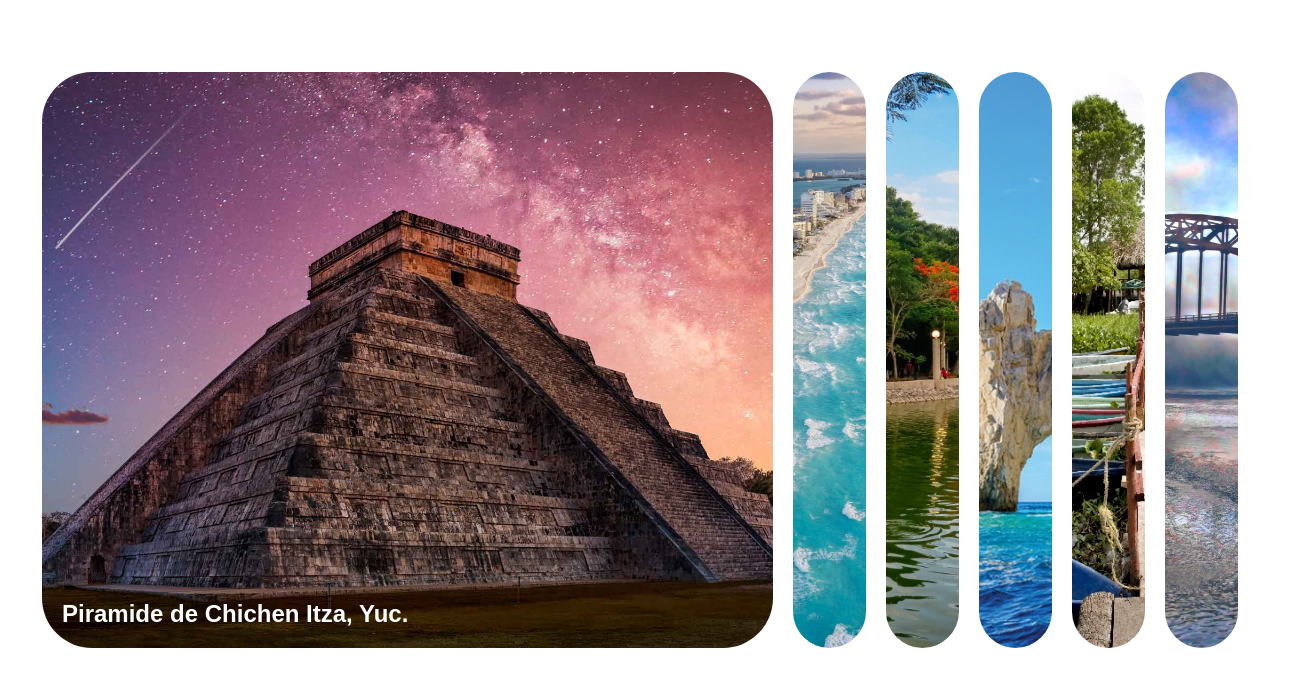
Repository: ElideZavala/Tarjetas-de-Imagenes
Page: index.html
An editor plug-in stored every save of this project. The page is shown before and after the next save, followed by the edit.
The browser window is 1280 px wide. The page is 1310 px wide, then 1280 px, then 1310 px, so the pictures cover 1310 px, including what lies to the right of the window. The pictures show the whole page.
Some web fonts or font styles are not loaded; a fallback is used.

Above is the page before, as saved 2021-05-27 10:53:59.

After the next save:
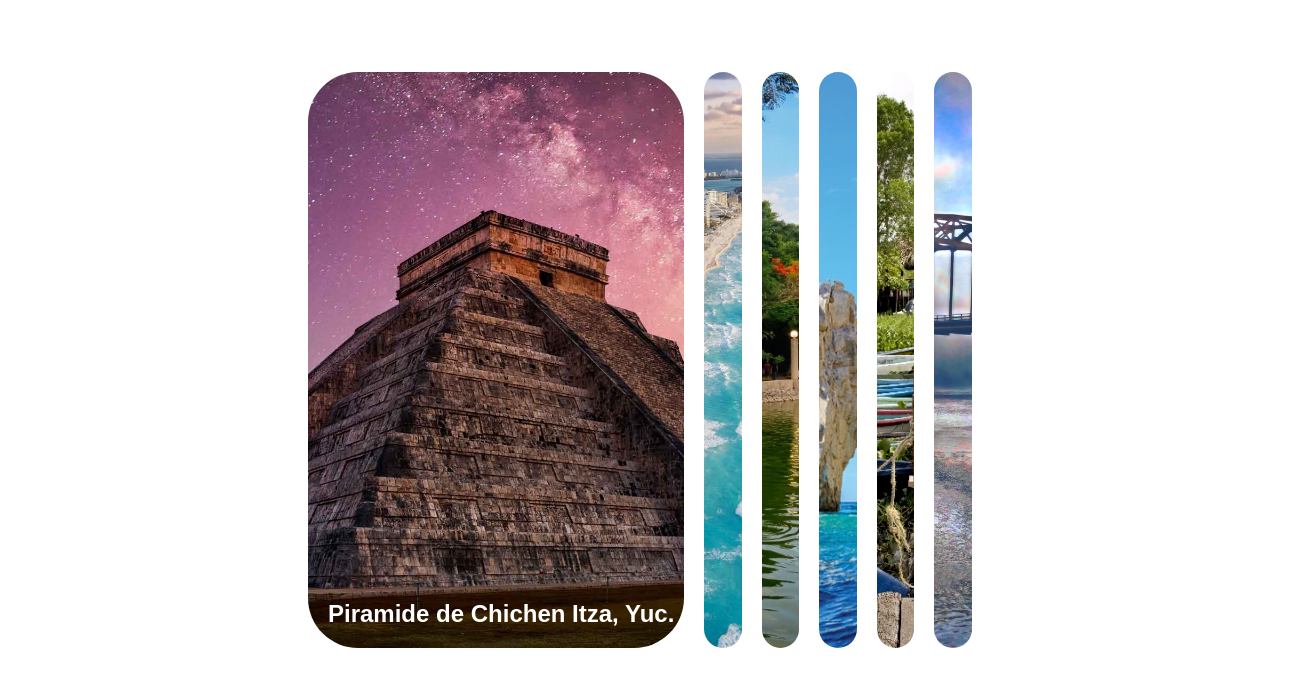
Saved 40 s later.
--- a/style.css
+++ b/style.css
@@ -17,7 +17,7 @@
 
 .container {
 	display: flex;
-	width: 95vw;
+	width: 95vh;
 }
 
 .panel {

After the save that followed:
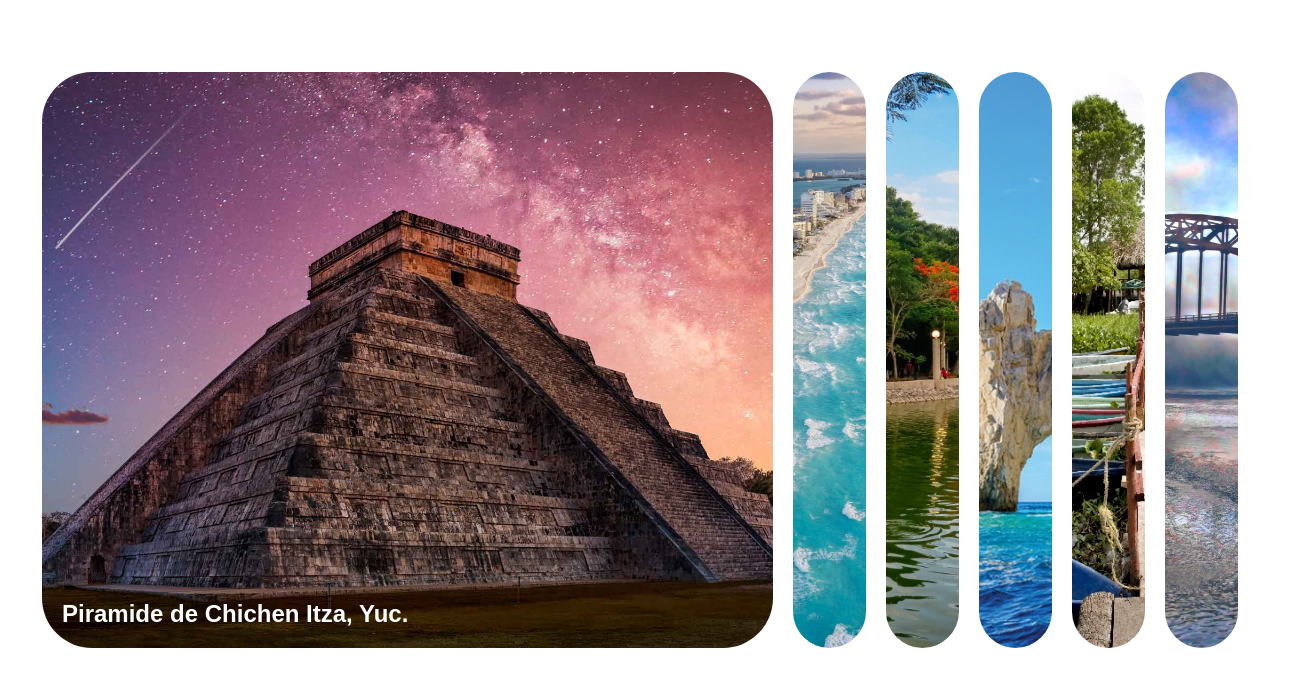
Saved 5 s later.
--- a/style.css
+++ b/style.css
@@ -17,7 +17,7 @@
 
 .container {
 	display: flex;
-	width: 95vh;
+	width: 95vw;
 }
 
 .panel {
